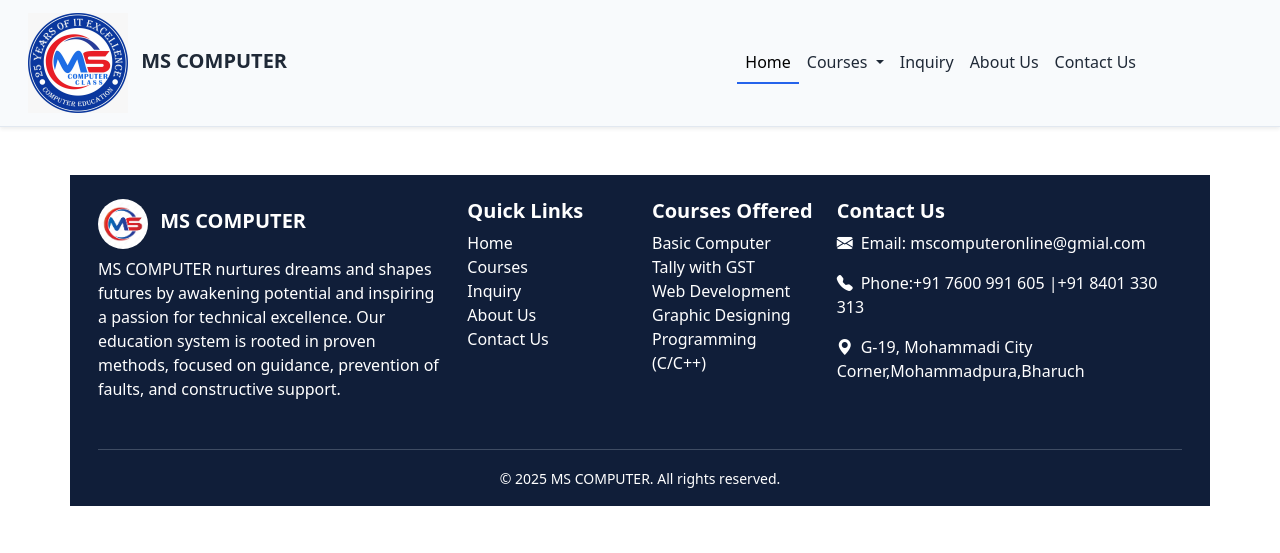
Repository: mscomputer2025/mscomputer
Page: http://localhost/
The author's editor kept a copy of each file at every save. The page is drawn from the files as they stood at one save, then again after the next save.
The browser window is 1280 px wide. The pictures show the whole page.
The page is served by the project's Laravel application, run on PHP 8.4 with Laravel 12. Queries for data that is not in the repository find no rows.

Above is the page before, as saved 2025-07-01 11:26:58.

After the next save:
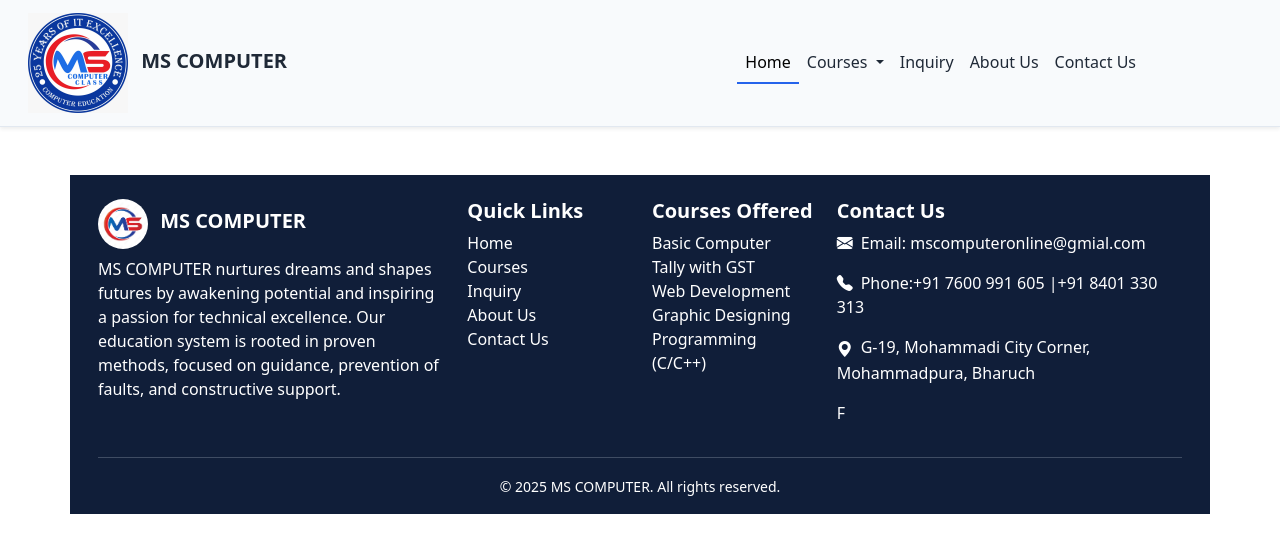
Saved 107 s later.
--- a/resources/views/master/footer.blade.php
+++ b/resources/views/master/footer.blade.php
@@ -44,8 +44,8 @@
                 <h5 class="fw-bold">Contact Us</h5>
                 <p><i class="bi bi-envelope-fill me-2"></i>Email: mscomputeronline@gmial.com</p>
                 <p><i class="bi bi-telephone-fill me-2"></i>Phone:+91 7600 991 605 |+91 8401 330 313</p>
-                <p><i class="bi bi-geo-alt-fill me-2"></i>G-19, Mohammadi City Corner,Mohammadpura,Bharuch</p>
-            </div>
+<p><i class="bi bi-geo-alt-fill me-2 align-middle"></i>G-19, Mohammadi City Corner, Mohammadpura, Bharuch</p>
+  F            </div>
         </div>
 
         <hr class="bg-secondary">
